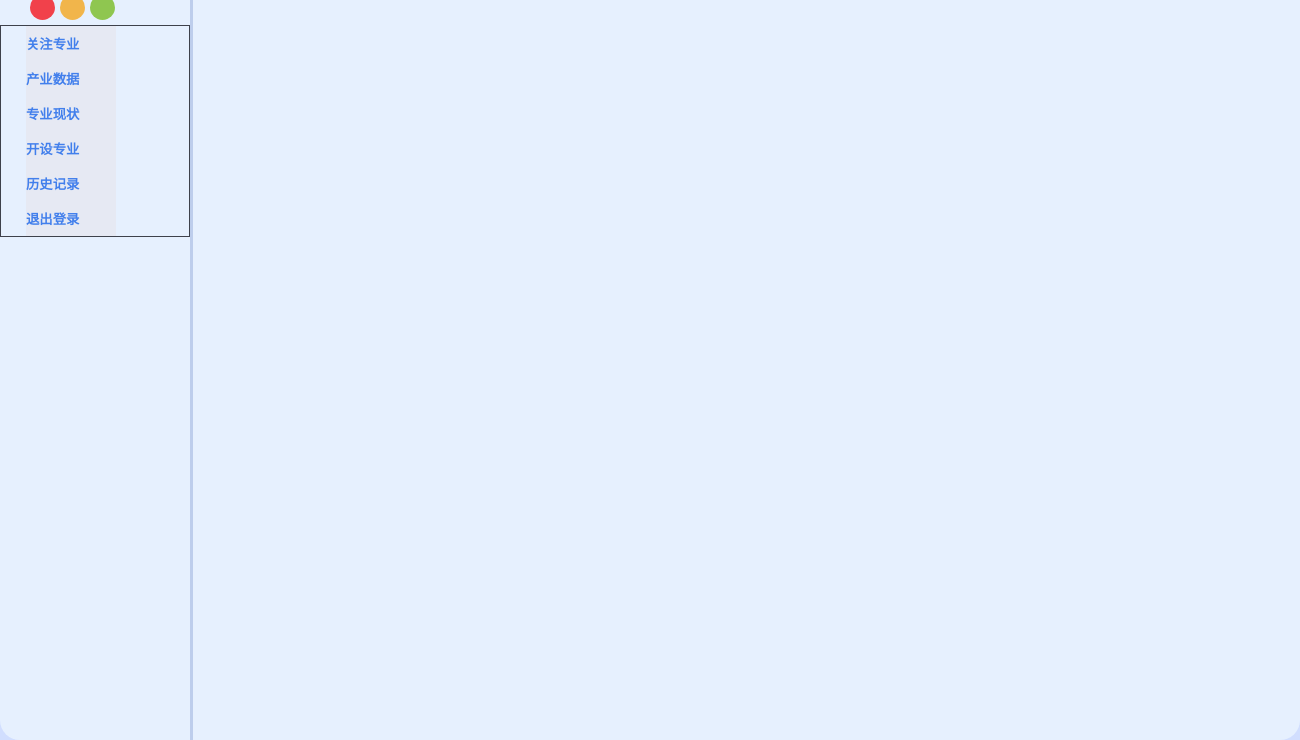
Repository: akaCSDN/test
Page: 2.1主页.html
The author's editor kept a copy of each file at every save. The page is drawn from the files as they stood at one save, then again after a run of saves.
The browser window is 1280 px wide. The page is 1300 px wide, so the pictures cover 1300 px, including what lies to the right of the window. The pictures show the whole page.

Above is the page before, as saved 2022-12-02 14:08:33.

After the next 2 saves:
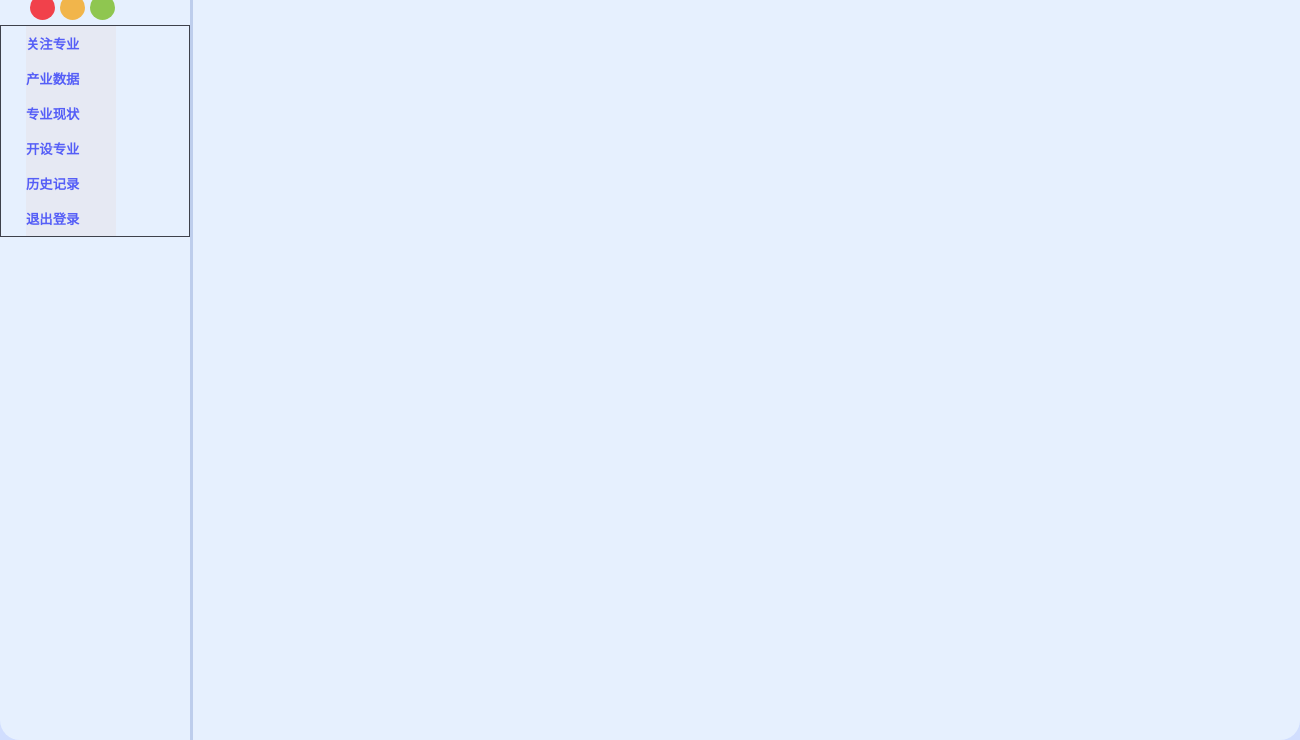
The 2 saves are shown as one change because they came seconds apart.
The last was saved 16 s later.
--- a/2.1主页.html
+++ b/2.1主页.html
@@ -64,7 +64,7 @@
             height: 35px;
             text-align: left;
             margin-left: 25px;
-            color: rgb(7, 88, 229);
+            color: rgb(34, 41, 245);
             font-weight: 600;
         }
     </style>
